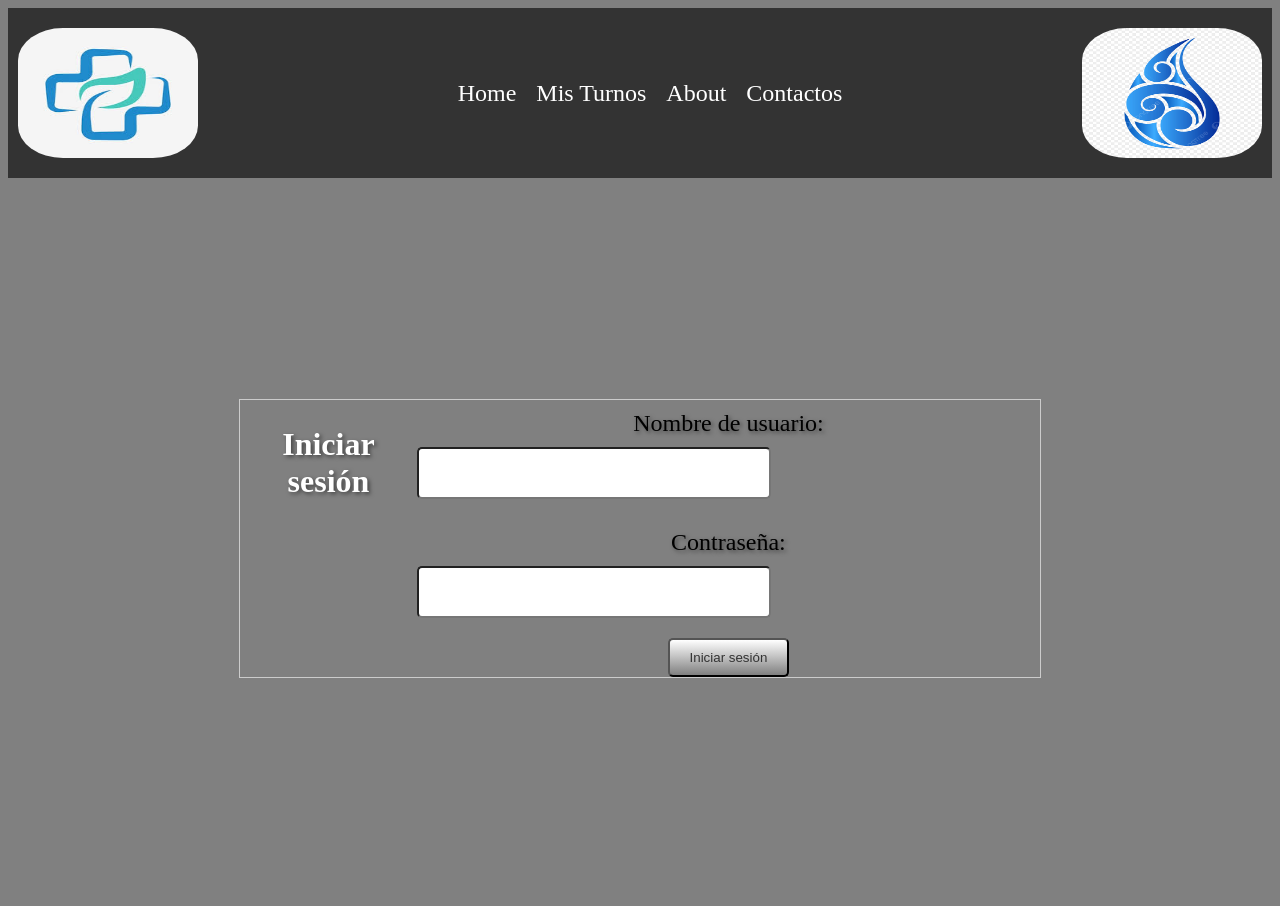
Repository: mauro8778/TurnoClinica
Page: / (app in front/vite-project/)
These files come from the project's save history. The page is drawn as it stood at one moment and after the next save; the edit follows.
The browser window is 1280 px wide. The pictures show the whole page.
The project was rebuilt for these pictures with package versions that can differ from the ones it lists, and the page was loaded fresh each time. Also part of the build but not shown: front/vite-project/vite.config.js, front/vite-project/src/views/home/home.jsx, front/vite-project/src/components/turno/turno.css, front/vite-project/src/components/turno/turno.jsx, front/vite-project/src/views/misTurnos/MisTurnos.css, front/vite-project/src/views/misTurnos/MisTurnos.jsx.

Above is the page before, as saved 2024-04-14 14:56:12.

After the next save:
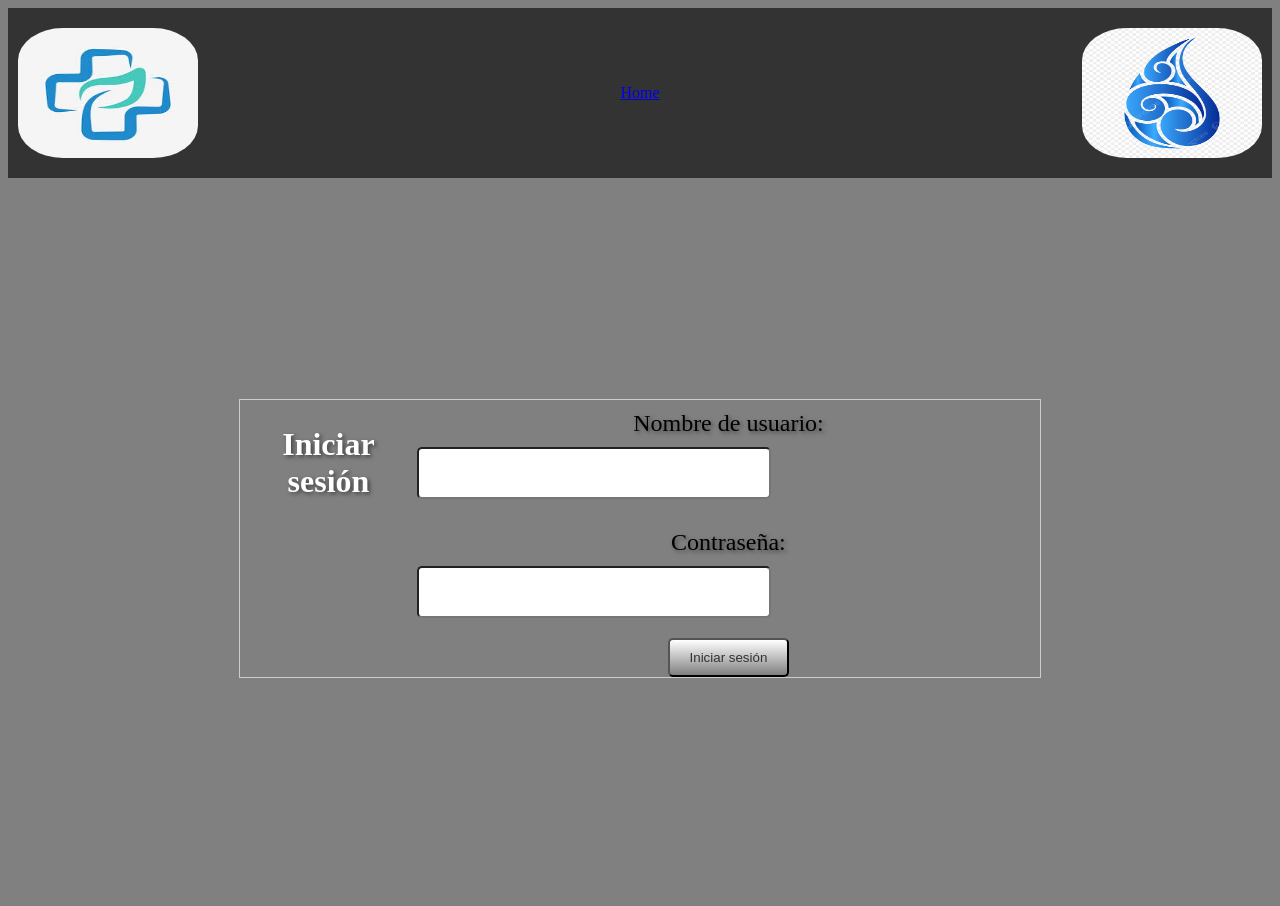
Saved 70 s later.
--- a/front/vite-project/src/components/NavBar/NavBar.jsx
+++ b/front/vite-project/src/components/NavBar/NavBar.jsx
@@ -12,10 +12,7 @@ const NavBar=()=>{
     <div className="navbar">
       <img src={hospital} alt="Imagen 1" className="left-image" />
       <ul className="nav-list">
-        <li>Home</li>
-        <li>Mis Turnos </li>
-        <li>About</li>
-        <li>Contactos </li>
+        <a href="/home">Home</a>
       </ul>
       <img src={logo} alt="Imagen 2" className="right-image" />
     </div>
